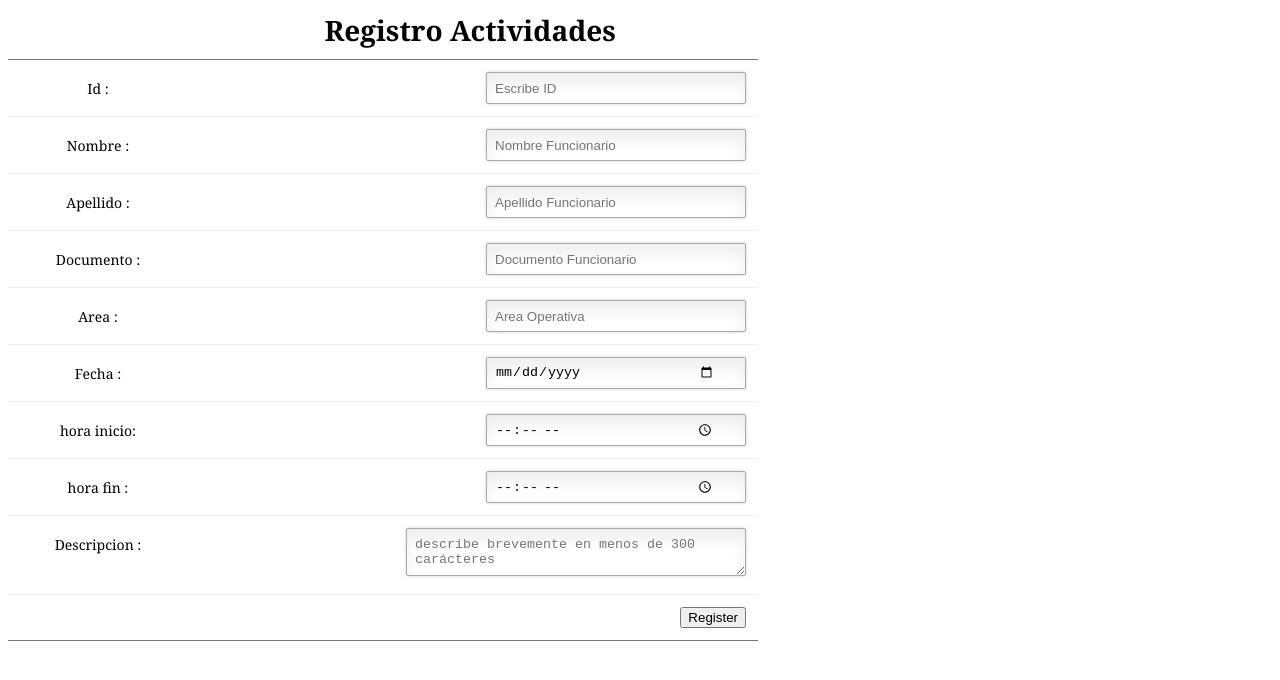
Repository: Yale2024/repo-registro-act
Page: templates/register.html
The author's editor kept a copy of each file at every save. The page is drawn from the files as they stood at one save, then again after the next save.
The browser window is 1280 px wide. The pictures show the whole page.

Above is the page before, as saved 2024-09-15 09:02:54.

### templates/register.html
<!DOCTYPE html>
<html lang="en">

<head>
    <meta charset="UTF-8">
    <meta name="viewport" content="width=device-width, initial-scale=1.0">
    <link rel="stylesheet" href="static/css/styleRegister.css">
    <script src="static/js/appRegister.js"></script>
    <title>Web App</title>
</head>
<body></body>

    <form class="contact_form" action="/register_user" method="POST" align="right" >
    <!-- <form method="POST"> -->
        <div>
            <ul>
                <li>
                    <h1>Registro Actividades</h1>
                </li>
                <li>
                    <label for="id">Id :</label>
                    <input type="number"  size="30" name="id" id="Id" placeholder="Escribe ID" required /> <br>
                </li>
                <li>
                    <label for="nombre">Nombre :</label>
                    <input type="text" size="30" name="nombre" id="nombre" placeholder="Nombre Funcionario" required /> <br>
                </li>
                <li>
                    <label for="apellido">Apellido :</label>
                    <input type="text" size="30" name="apellido" id="apellido" placeholder="Apellido Funcionario" required /> <br>
                </li>
                <li>
                    <label for="documento">Documento  :</label>
                    <input type="number" size="30" name="documento" id="documento" placeholder="Documento Funcionario" required /> <br>
                </li>
                <li>
                    <label for="are">Area      :</label>
                    <input type ="text" size="30" name="area" id="area" placeholder="Area Operativa" required /> <br>
                </li>
                <li>
                    <label for="fecha">Fecha     :</label>
                    <input type ="date" size="30" name="fecha" id="fecha" placeholder="AAAA-MM-DD" required /> <br>
                </li>
                <li>
                    <label for="horai">hora inicio:</label>
                    <input type ="time" size="30" name="horai" id="horai" placeholder="hh:mm" required /> <br>
                </li>
                <li>
                    <label for="horaf">hora fin  :</label>
                    <input type ="time" size="30" name="horaf" id="horaf" placeholder="hh:mm" required /> <br>
                </li>
                <li>
                    <label for="mensaje">Descripcion   :</label>
                    <textarea name="descripcion" size="300" for="descripcion" placeholder="describe brevemente en menos de 300 carácteres" maxlength="300"></textarea> <br>
                </li>
                <li>
                    <button>Register</button>
                </li>
            </ul>
        </div>
        <!-- <button onclick="register_user()">Register</button> -->
        <!-- <input type="submit" name="enviar" value="enviar datos"/> -->
    </form>
</body>

### static/css/styleRegister.css
/* form{
    text-align: center;
    font-size: 30px;
}
/*
body{
    background-color: #f7bb6dea;
}

button{
    background-color: black;
    color: white;
    font-size:  20px;
} */
 /* === Remove input autofocus webkit === */
*:focus {
    outline: none;
}

/* === Form Typography === */
body {
    font: 14px/21px "Lucida Sans", "Lucida Grande", "Lucida Sans Unicode", sans-serif;
}

.contact_form h1, .contact_form label {
    font-family: Georgia, Times, "Times New Roman", serif;
    margin: 0px;
    padding: 130px;
    text-align: center;
}

/* === List Styles === */
.contact_form ul {
    width: 750px;
    list-style-type: none;
    list-style-position: outside;
    margin: 0px;
    padding: 0px;
}

.contact_form li {
    padding: 12px;
    border-bottom: 1px solid #eee;
    position: relative;
}

    .contact_form li:first-child, .contact_form li:last-child {
        border-bottom: 1px solid #777;
    }

/* === Form Header === */
.contact_form h1 {
    margin: 0;
    display: inline;
    text-align: center;
}

/* === Form Elements === */
.contact_form label {
    width: 150px;
    margin-top: 3px;
    float: left;
    padding: 3px;
}

.contact_form input {
    height: 20px;
    width: 220px;
    padding: 5px 8px;
}

.contact_form textarea {
    padding: 8px;
    width: 300px;
}

.contact_form button {
    margin-left: 156px;
}

/* form element visual styles */
.contact_form input, .contact_form textarea {
    border: 1px solid #aaa;
    box-shadow: 0px 0px 3px #ccc, 0 10px 15px #eee inset;
    border-radius: 2px;
    padding-right: 30px;
    -moz-transition: padding .25s;
    -webkit-transition: padding .25s;
    -o-transition: padding .25s;
    transition: padding .25s;
}

### static/js/appRegister.js
function register_user() {
    location.href= '/register_user'
}

After the next save:
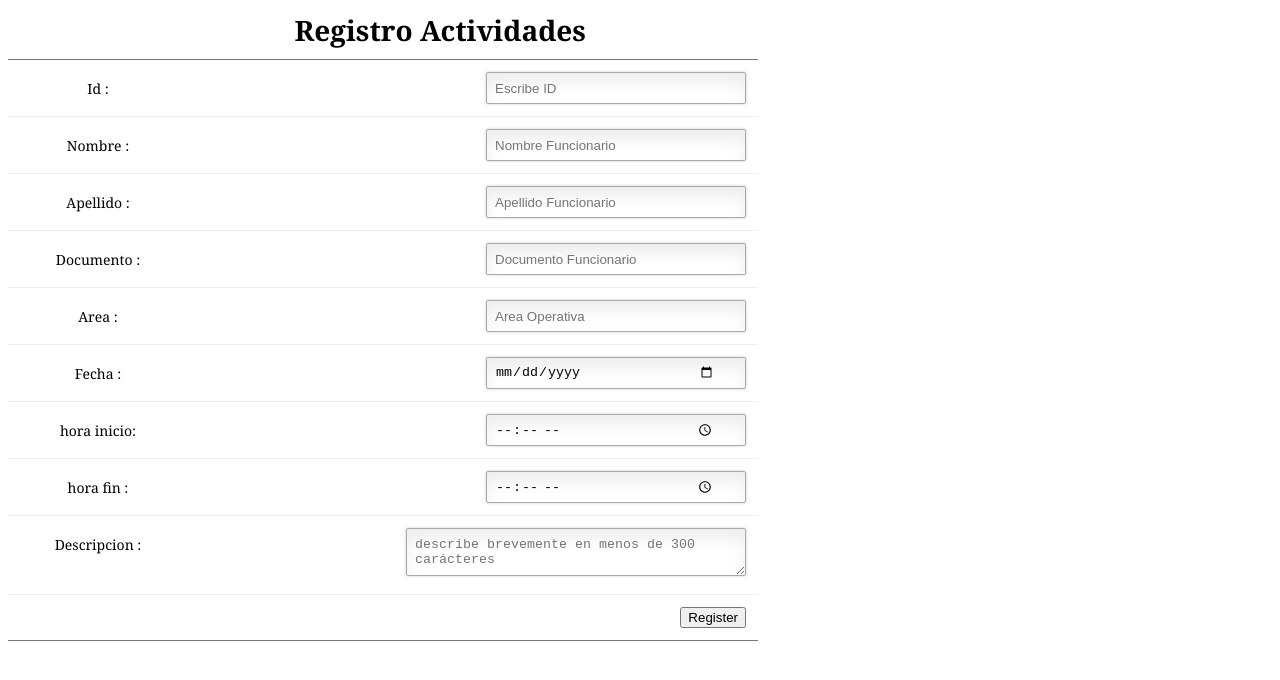
Saved 22 s later.
--- a/static/css/styleRegister.css
+++ b/static/css/styleRegister.css
@@ -25,7 +25,7 @@ body {
 .contact_form h1, .contact_form label {
     font-family: Georgia, Times, "Times New Roman", serif;
     margin: 0px;
-    padding: 130px;
+    padding: 160px;
     text-align: center;
 }
 
